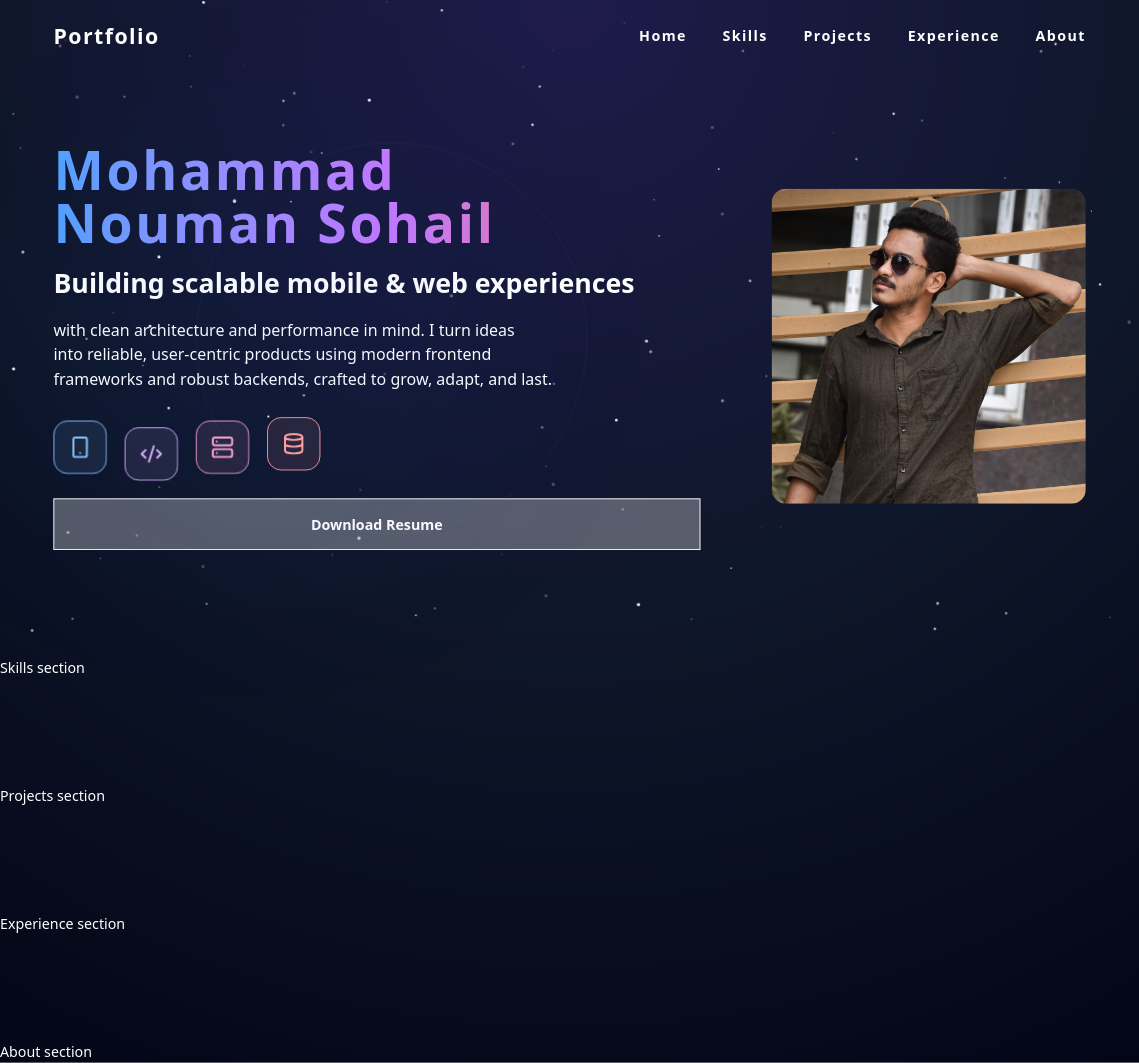
Repository: NoumanSohail/Nouman-Sohail-Portfolio
Page: /
These files come from the project's save history. The page is drawn as it stood at one moment and after the next save; the edit follows.
The browser window is 1280 px wide. The pictures show the whole page, at 89% of full size.
The project was rebuilt for these pictures with package versions that can differ from the ones it lists, and the page was loaded fresh each time. The framework's server and built-in components were replaced by stand-ins that run in the browser. Also part of the build but not shown: next.config.ts.

Above is the page before, as saved 2026-01-24 21:29:39.

After the next save:
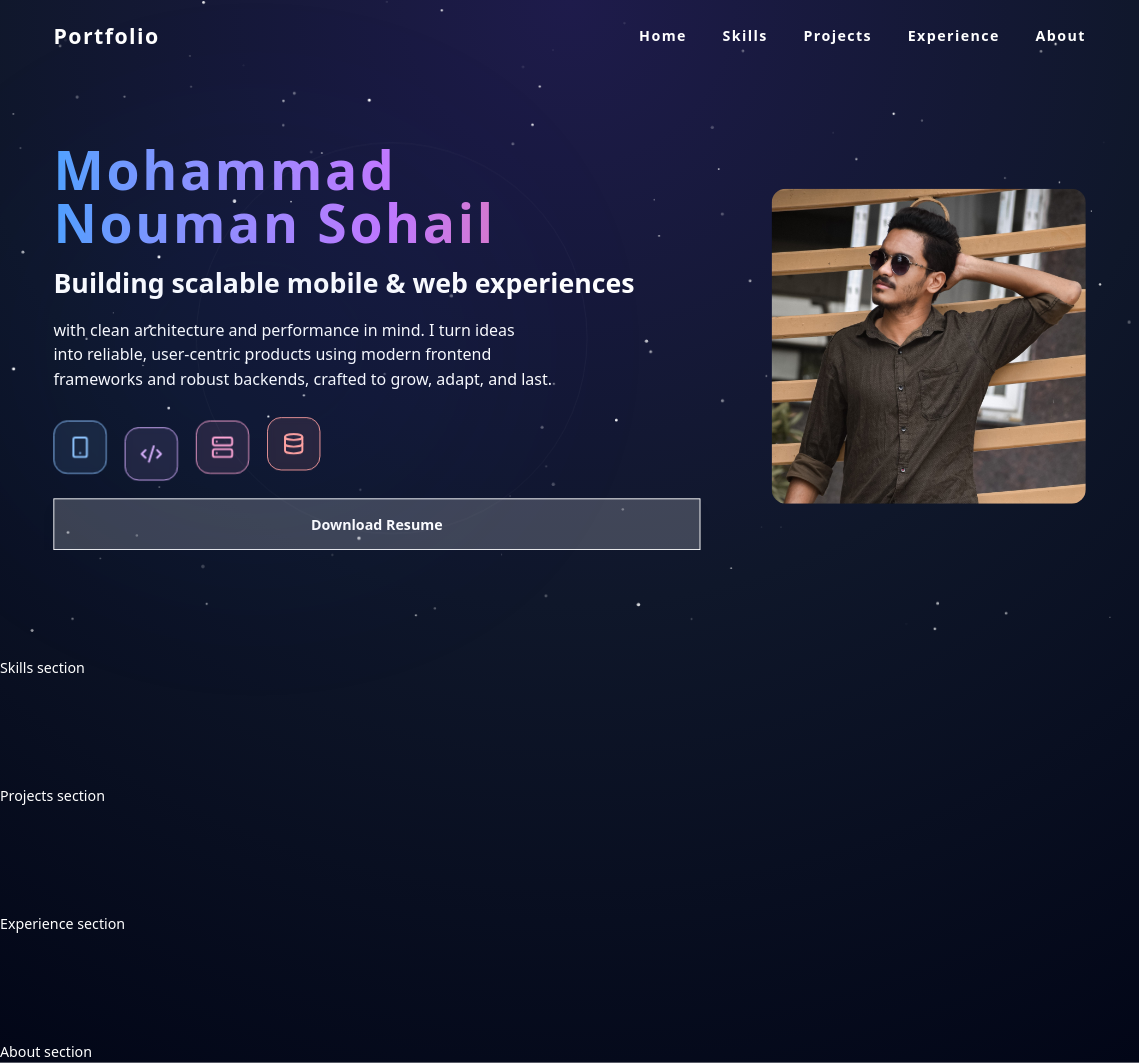
Saved 8 s later.
--- a/app/components/sections/Hero.tsx
+++ b/app/components/sections/Hero.tsx
@@ -84,7 +84,7 @@ const Hero = () => {
               />
             </div>
 
-            <Button title="Download Resume" onClick={() => {}} className="border border-white-300 bg-white/30 p-4 w-full" />
+            <Button title="Download Resume" onClick={() => {}} className="border border-white-300 bg-white/20 p-4 w-full" />
           </motion.div>
         </div>
 
